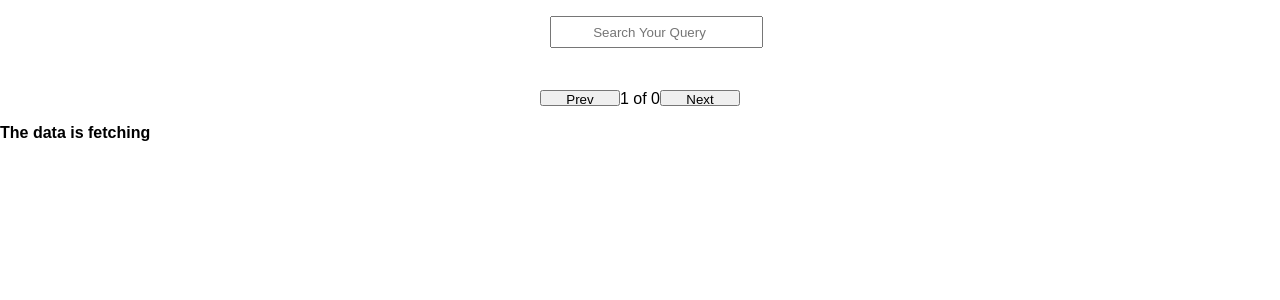
Repository: suraj-yadav7/TechNews
Page: /
An editor plug-in stored every save of this project. The page is shown before and after a run of saves, followed by the edit.
The browser window is 1280 px wide. The pictures show the whole page.
The page's requests for data from a server got no answer. The project was rebuilt for these pictures with package versions that can differ from the ones it lists, and the page was loaded fresh each time. No one was signed in, and anything a server would have sent is missing.

Above is the page before, as saved 2023-04-28 10:05:53.

After the next 2 saves:
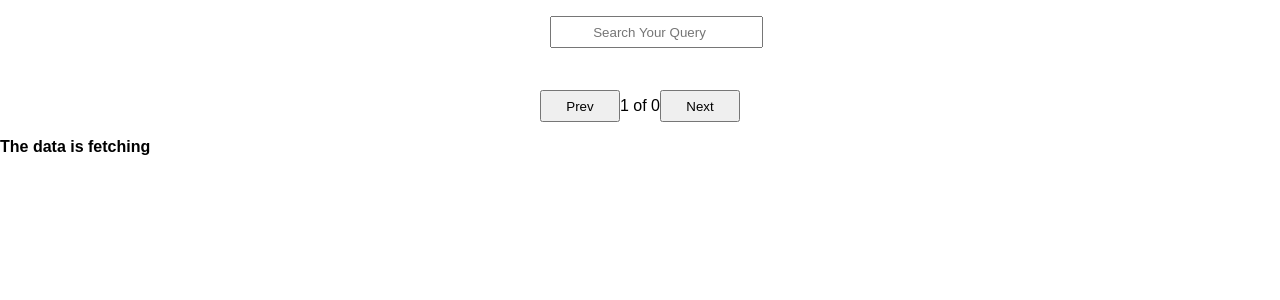
The 2 saves are shown as one change because they came seconds apart.
The last was saved 8 s later.
--- a/src/App.css
+++ b/src/App.css
@@ -53,7 +53,7 @@
 }
 .pagination> button{
   width: 5rem;
-  height: 1rem;
+  height: 2rem;
 }
 /* Stories */
 .parentStory{
